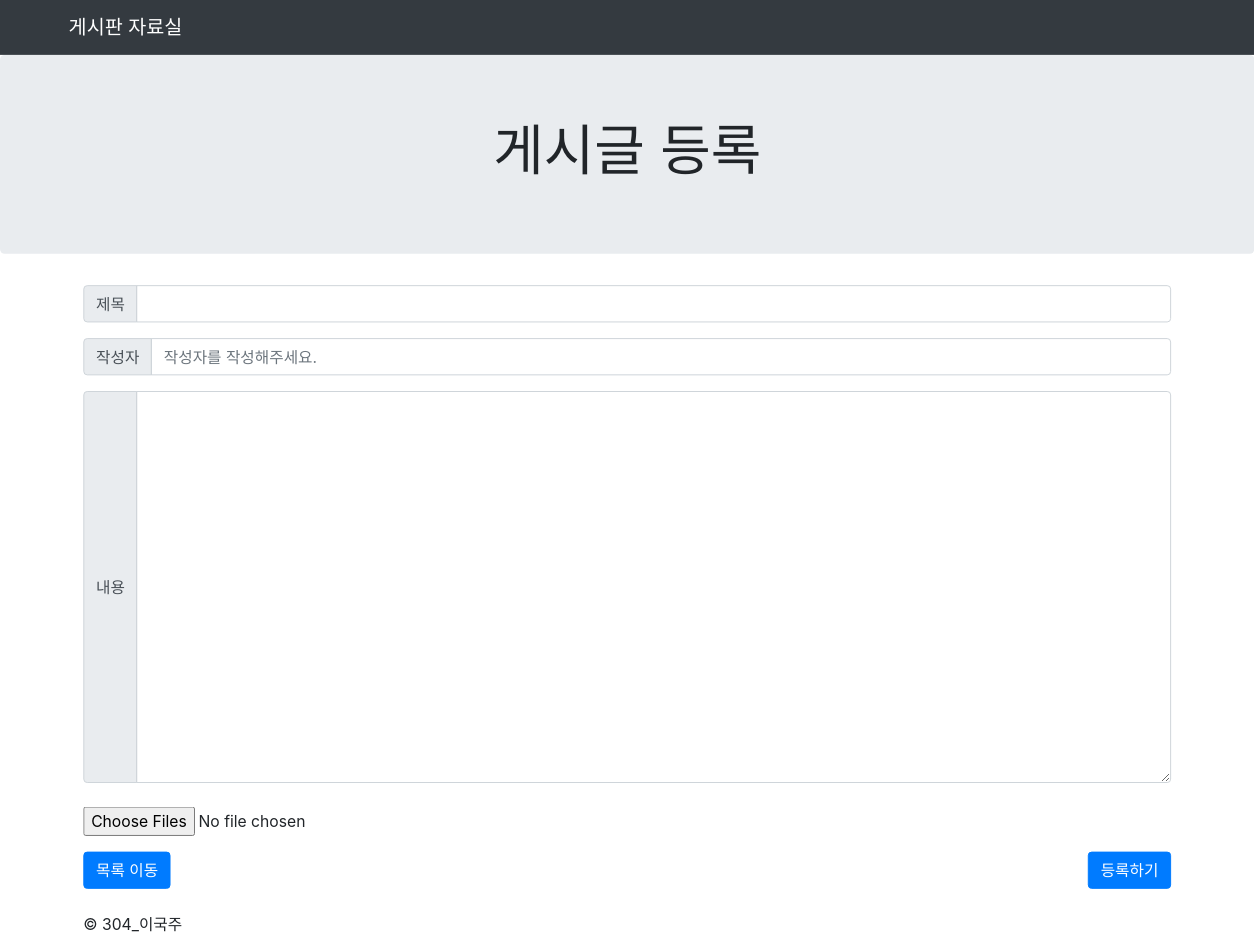
Repository: LeeKukJu/JSP-Study
Page: http://localhost/JSPBook/ch11/totaltest/boardUpdateForm.jsp?b1naGC
The author's editor kept a copy of each file at every save. The page is drawn from the files as they stood at one save, then again after the next save.
The browser window is 1280 px wide. The pictures show the whole page, at 98% of full size.
The page is served by Tomcat 9. Nobody is signed in. The application's start-up code is not run.

Above is the page before, as saved 2023-02-04 05:20:09.

After the next save:
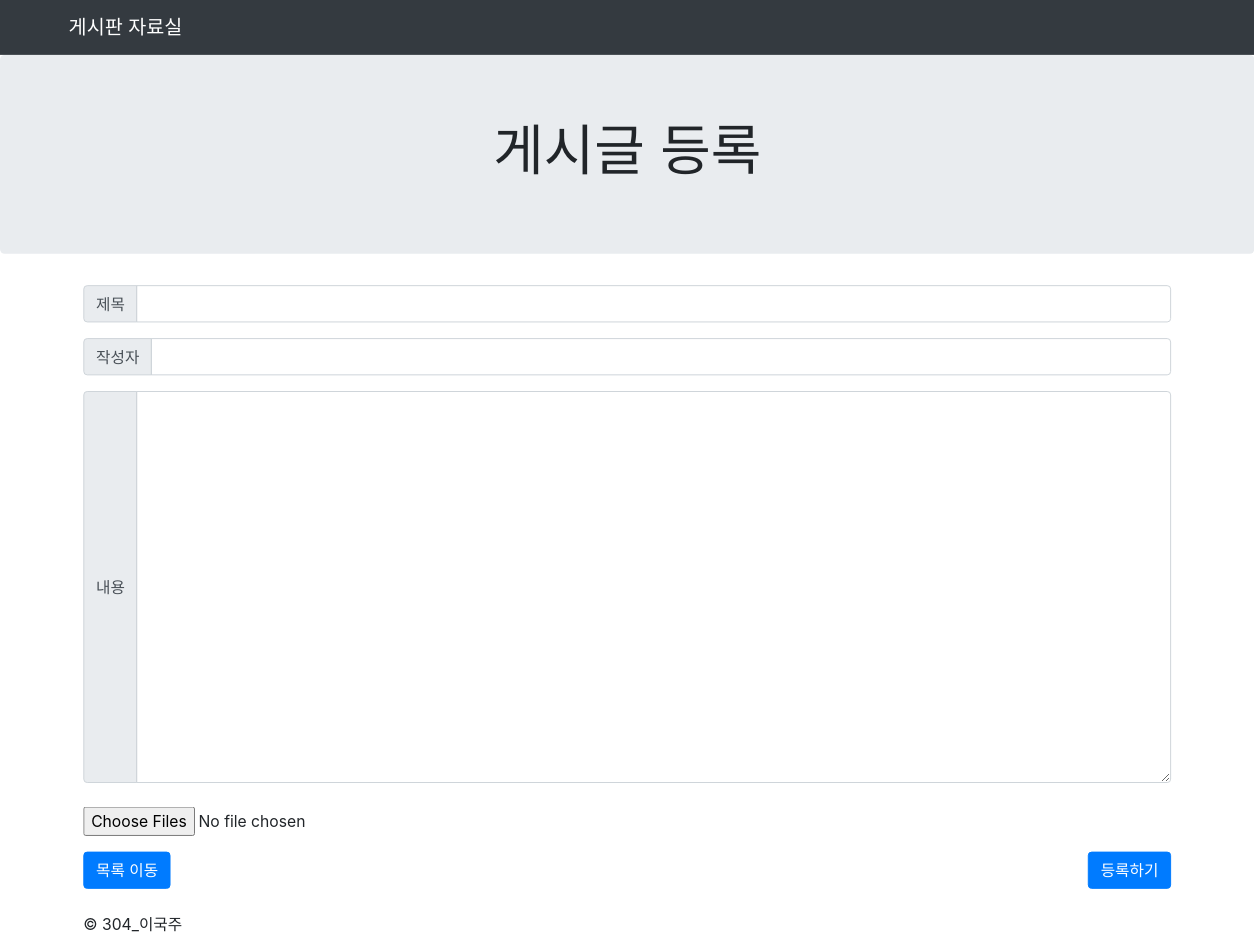
Saved 17 s later.
--- a/JSPBook/WebContent/ch11/totaltest/boardUpdateForm.jsp
+++ b/JSPBook/WebContent/ch11/totaltest/boardUpdateForm.jsp
@@ -100,7 +100,7 @@
 							<span class="input-group-text" id="basic-addon2">작성자</span>
 						</div>
 						<input type="text" class="form-control" name="author"
-							placeholder="작성자를 작성해주세요." aria-label="Username"
+							placeholder="${board.author }" aria-label="Username"
 							aria-describedby="basic-addon2">
 					</div>
 
